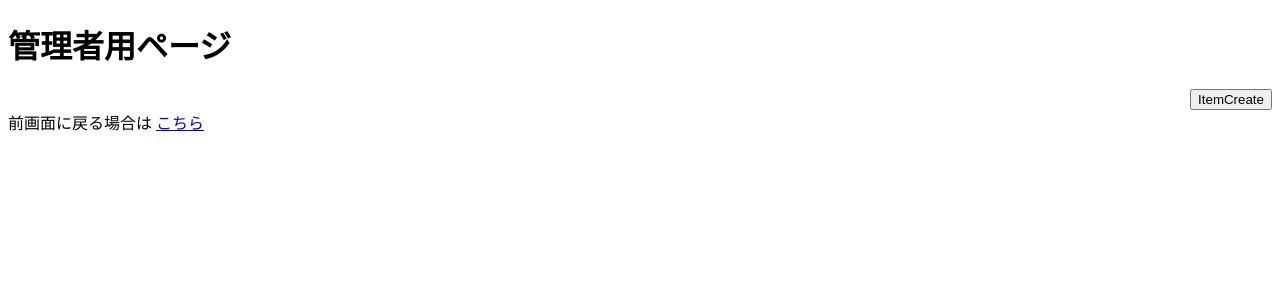
Repository: MurayamaMura/ecsite
Page: http://localhost/ecsite/managerLogin.jsp
The author's editor kept a copy of each file at every save. The page is drawn from the files as they stood at one save, then again after the next save.
The browser window is 1280 px wide. The pictures show the whole page.
The page is served by Tomcat 9.

Above is the page before, as saved 2018-08-03 10:38:25.

After the next save:
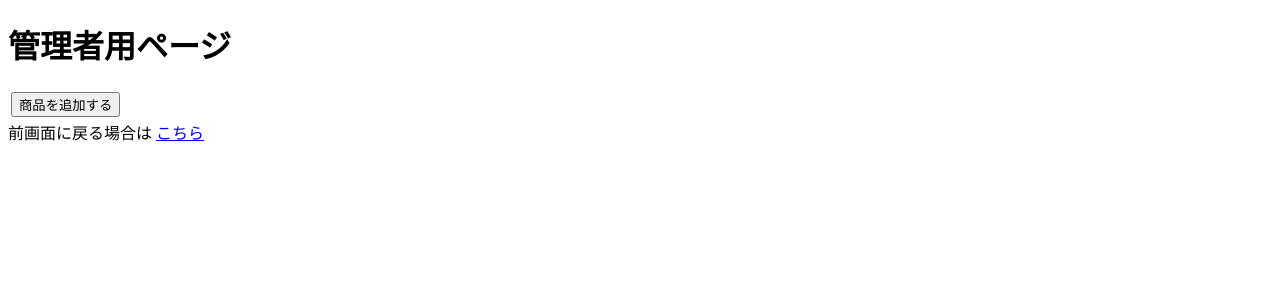
Saved 68 s later.
--- a/ecsite/WebContent/managerLogin.jsp
+++ b/ecsite/WebContent/managerLogin.jsp
@@ -15,7 +15,9 @@
 	</div>
 	<div id="main">
 		<div id="top">
- 			<s:submit value="ItemCreate"/>
+		<s:form action="AddItemAction">
+ 			<s:submit value="商品を追加する"/>
+		</s:form>
 		<div>
 
 				<span>前画面に戻る場合は</span>
